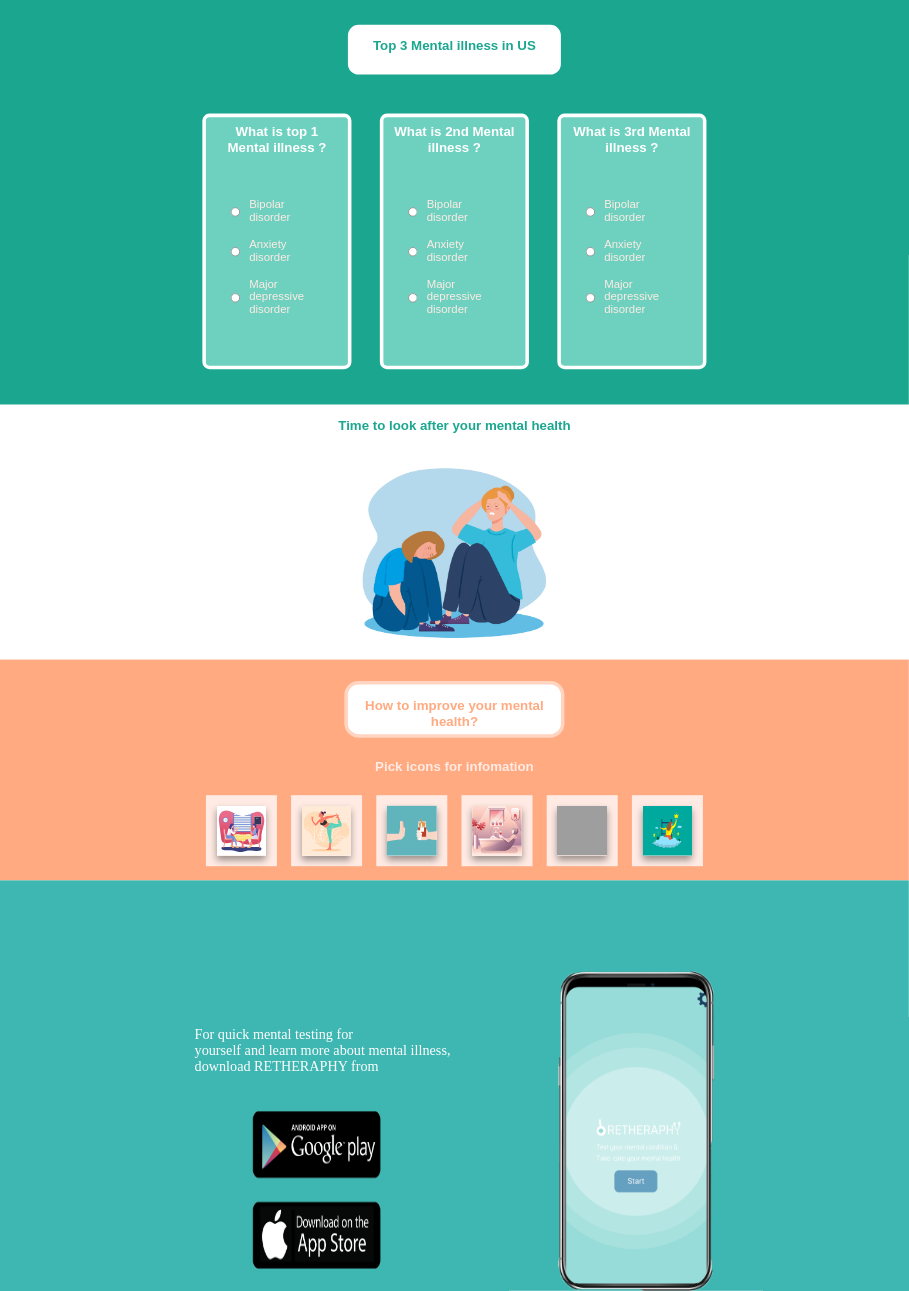
Repository: zzs1/2109-Dynamic-Content-Project
Page: index.html
An editor plug-in stored every save of this project. The page is shown before and after a run of saves, followed by the edit.
The browser window is 1280 px wide. The pictures show the whole page, at 71% of full size.
Pictures or frames that could not be fetched are drawn as grey boxes. Some web fonts or font styles are not loaded; a fallback is used.

Above is the page before, as saved 2021-03-08 23:38:13.

After the next 2 saves:
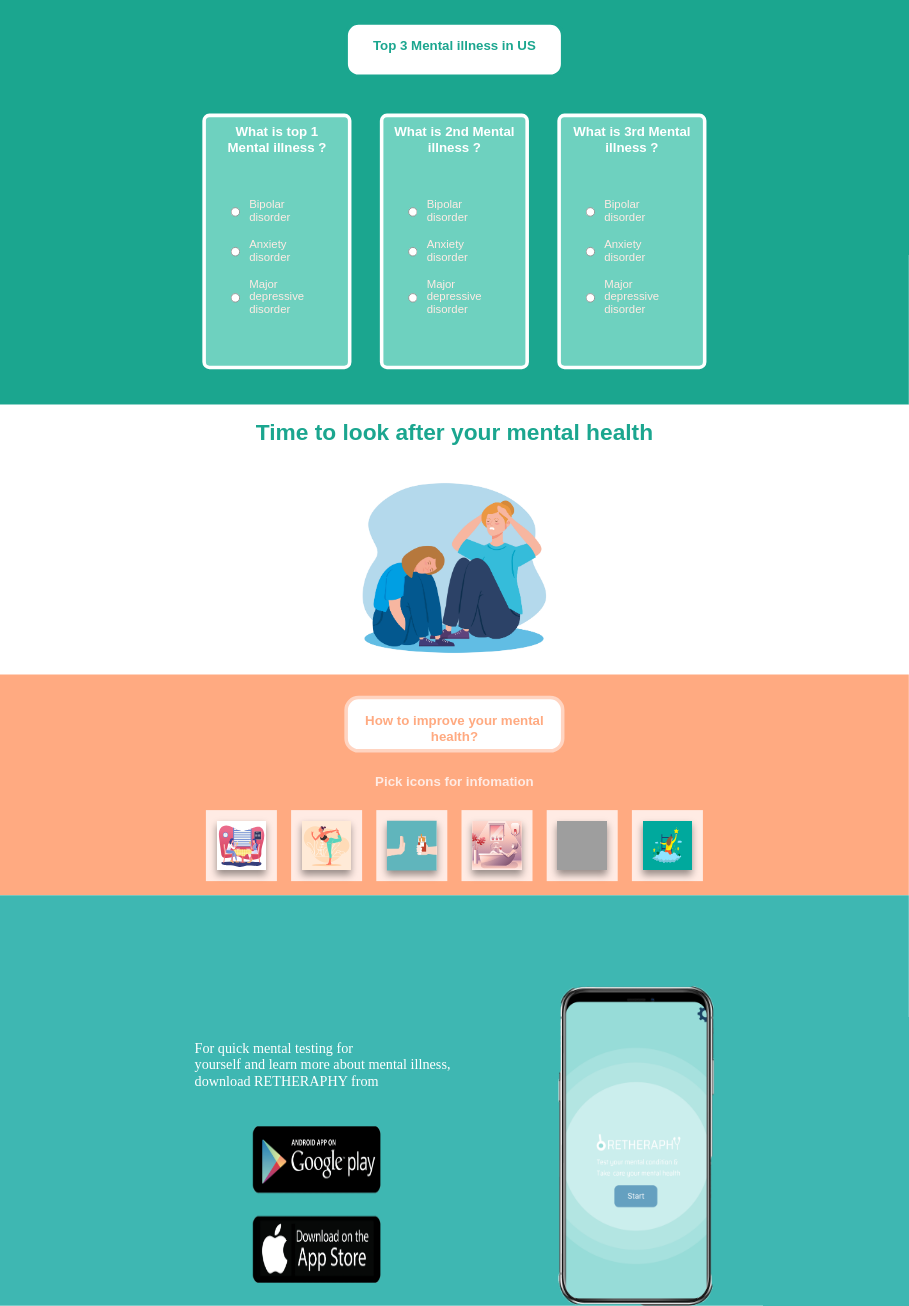
The 2 saves are shown as one change because they came seconds apart.
The last was saved 11 s later.
--- a/index.html
+++ b/index.html
@@ -34,7 +34,7 @@
     </div>
     <!--Time to look after your mental health section-->
     <div class="container mid">
-      <h3 class="midtitle">Time to look after your mental health</h3>
+      <h1 class="midtitle">Time to look after your mental health</h1>
       <img src="comps/icon/midpic.jpg" alt="mental health" max-width="300px" height="300px" />
     </div>
 
